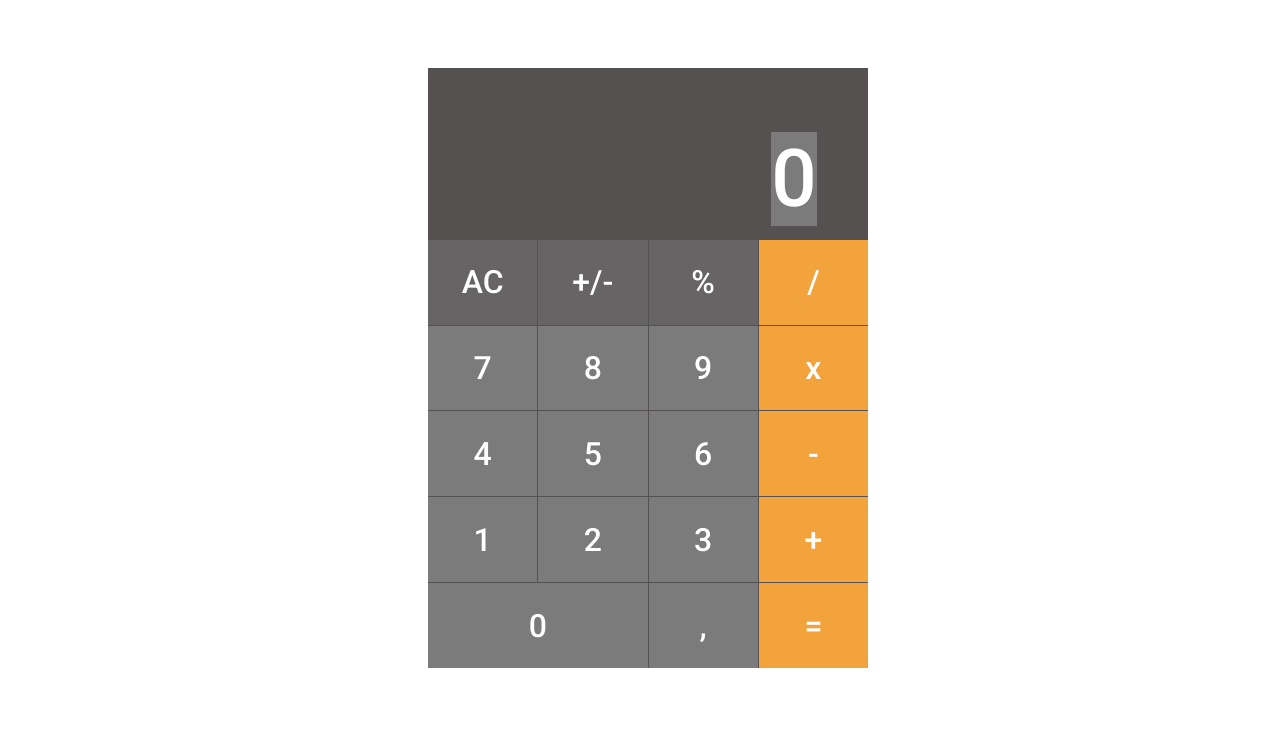
Repository: maciekto/calculatorOOP
Page: index.html
An editor plug-in stored every save of this project. The page is shown before and after the next save, followed by the edit.
The browser window is 1280 px wide. The page is 1288 px wide, so the pictures cover 1288 px, including what lies to the right of the window. The pictures show the whole page.

Above is the page before, as saved 2022-07-08 16:58:22.

After the next save:
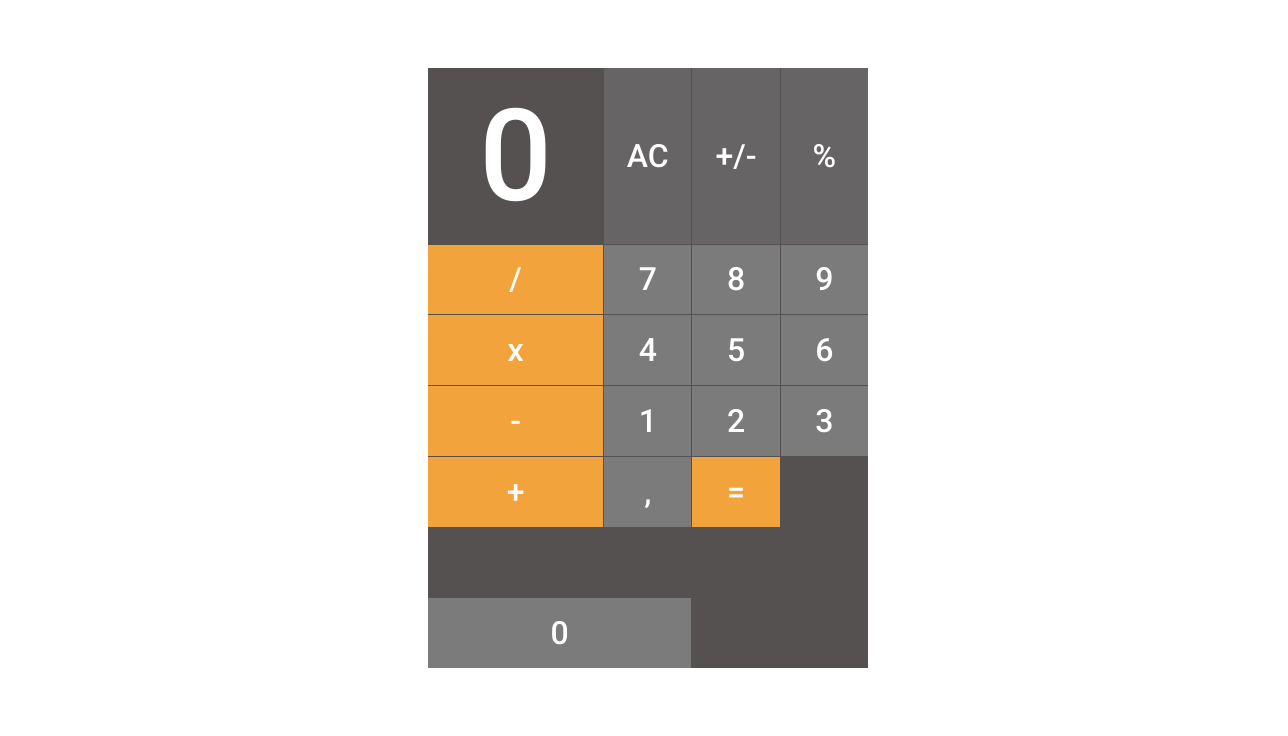
Saved 19 s later.
--- a/css.css
+++ b/css.css
@@ -42,6 +42,9 @@ main {
     cursor: pointer;
 }
 .Calc__result {
+
+}
+.Calc__result__inner {
     padding: 1vw 4vw;
     font-size: 10vw;
     text-size-adjust: 10%;
